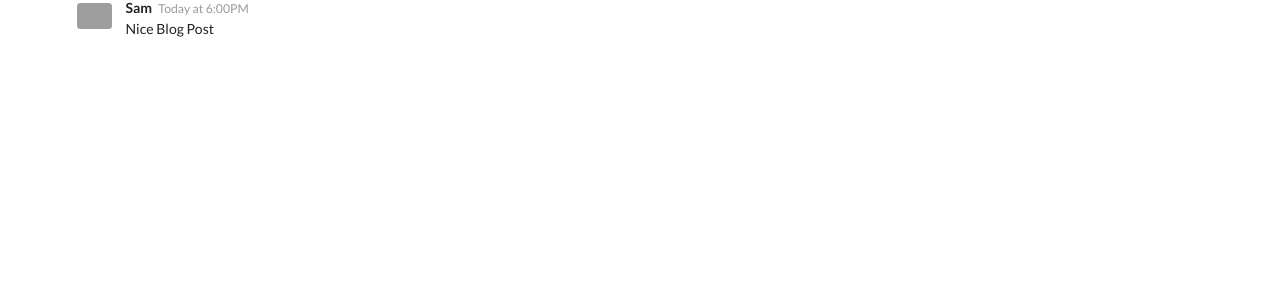
Repository: striver-69/Comments-App
Page: /
These files come from the project's save history. The page is drawn as it stood at one moment and after the next save; the edit follows.
The browser window is 1280 px wide. The pictures show the whole page.
Pictures or frames that could not be fetched are drawn as grey boxes. The project was rebuilt for these pictures with package versions that can differ from the ones it lists, and the page was loaded fresh each time.

Above is the page before, as saved 2021-03-02 03:44:01.

### src/index.js
import React from 'react'
import ReactDOM from 'react-dom'
import faker from 'faker'

const App=()=>{
  return (
    <div className="ui container comments">
      <div className="comment">
        <a href="/" className="avatar">
        <img alt="avatar" src={faker.image.image()} />
        </a>
        <div className="content">
          <a href="/" className="author">
            Sam
          </a>
          <div className="metadata">
            <span className="date">Today at 6:00PM</span>
          </div>
          <div className="text">
            Nice Blog Post
          </div>
        </div>
      </div>
    </div>
  )
}

ReactDOM.render(<App/>,document.querySelector('#root'))

Loaded but not shown: public/index.html (common file)

After the next save:
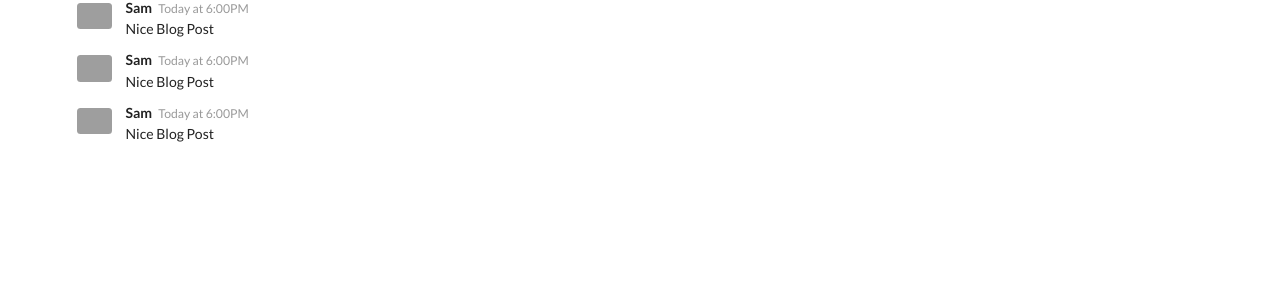
Saved 46 s later.
--- a/src/index.js
+++ b/src/index.js
@@ -21,6 +21,38 @@ const App=()=>{
           </div>
         </div>
       </div>
+      <div className="comment">
+        <a href="/" className="avatar">
+        <img alt="avatar" src={faker.image.image()} />
+        </a>
+        <div className="content">
+          <a href="/" className="author">
+            Sam
+          </a>
+          <div className="metadata">
+            <span className="date">Today at 6:00PM</span>
+          </div>
+          <div className="text">
+            Nice Blog Post
+          </div>
+        </div>
+      </div>
+      <div className="comment">
+        <a href="/" className="avatar">
+        <img alt="avatar" src={faker.image.image()} />
+        </a>
+        <div className="content">
+          <a href="/" className="author">
+            Sam
+          </a>
+          <div className="metadata">
+            <span className="date">Today at 6:00PM</span>
+          </div>
+          <div className="text">
+            Nice Blog Post
+          </div>
+        </div>
+      </div>
     </div>
   )
 }
